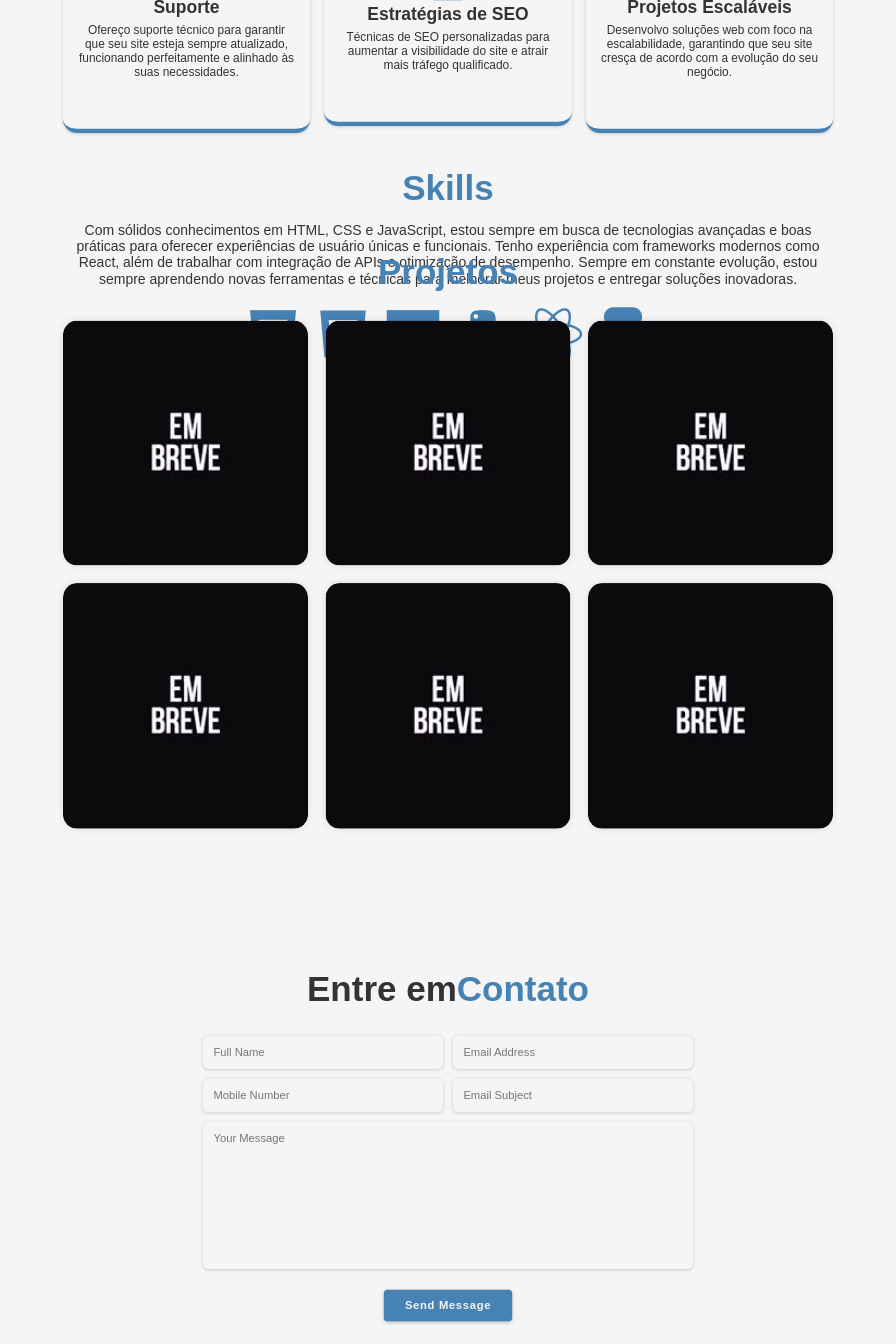
Repository: AliciaKathleen/portfolio-2025
Page: index.html
An editor plug-in stored every save of this project. The page is shown before and after the next save, followed by the edit.
The browser window is 1280 px wide. The pictures show the part of the page from y = 1960 to 3880 px (the page is 4032 px tall before and 4182 px after), at 70% of full size.

Above is the page before, as saved 2025-01-27 17:57:12.
Console error: TypeError: Cannot read properties of null (reading 'classList')

After the next save:
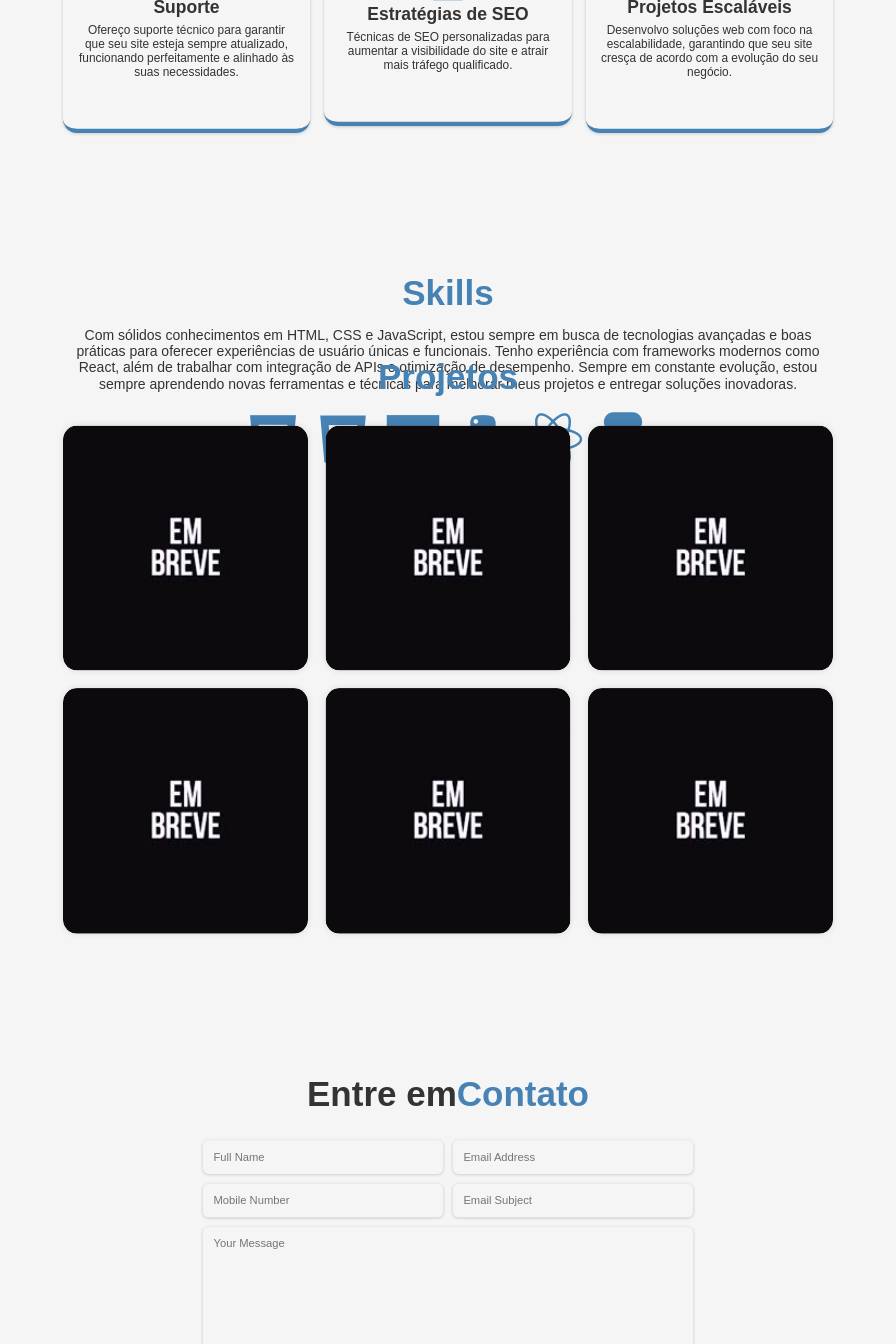
Saved 6 s later.
--- a/style.css
+++ b/style.css
@@ -350,7 +350,7 @@ span {
 }
 
 .skills {
-    margin-top: -20rem;
+    margin-top: -5rem;
 }
 
 .skills-container {
